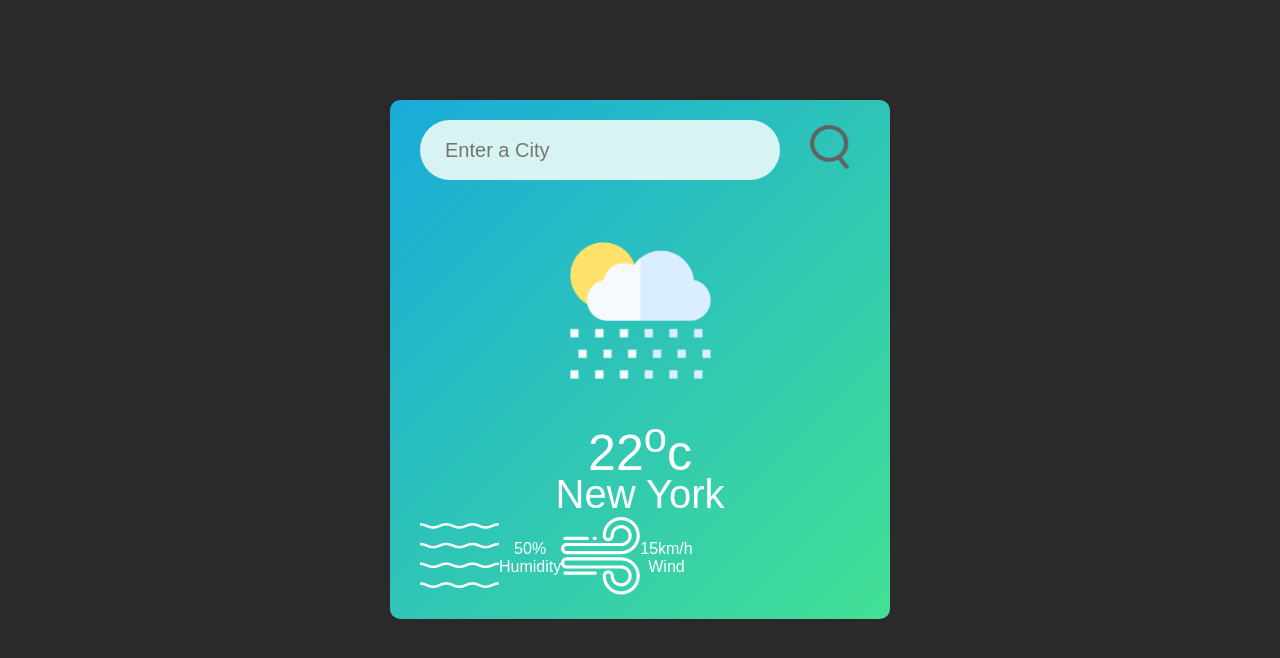
Repository: Haakim19/weatherApp
Page: index.html
The author's editor kept a copy of each file at every save. The page is drawn from the files as they stood at one save, then again after the next save.
The browser window is 1280 px wide. The pictures show the whole page.

Above is the page before, as saved 2024-11-16 21:41:12.

After the next save:
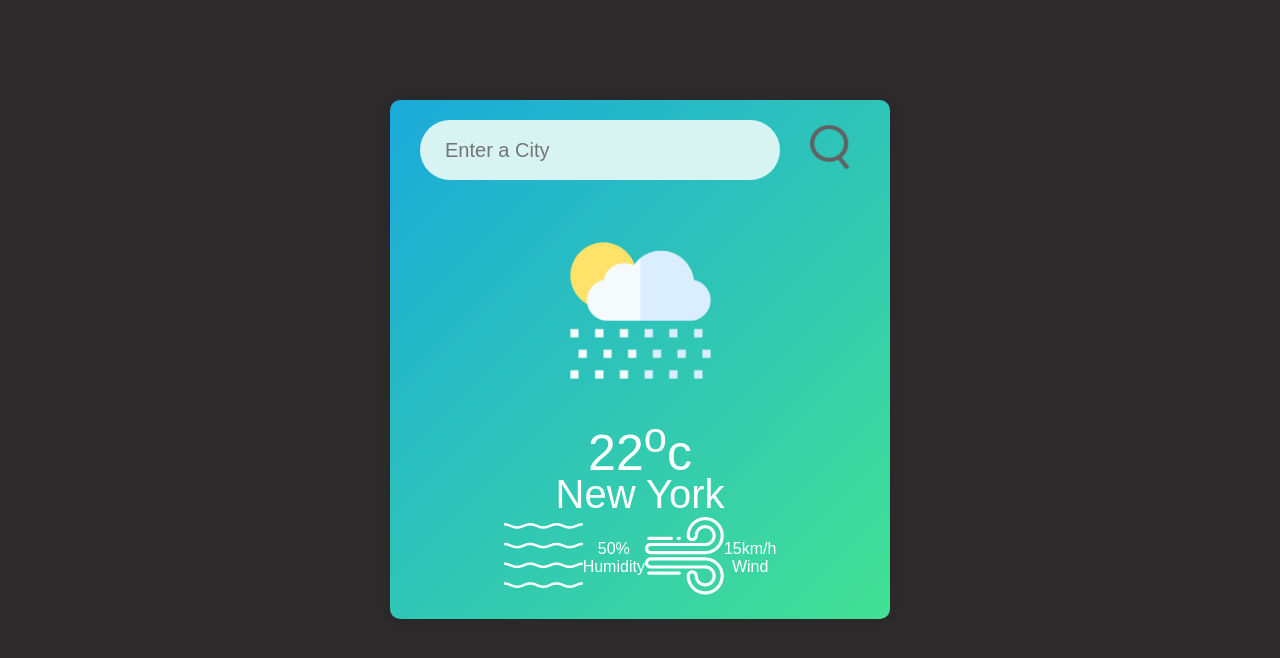
Saved 9 s later.
--- a/style.css
+++ b/style.css
@@ -68,5 +68,5 @@ body{
 .details {
     display: flex;
     align-items: center;
-    justify-content:flex-start;
+    justify-content: center;
 }
